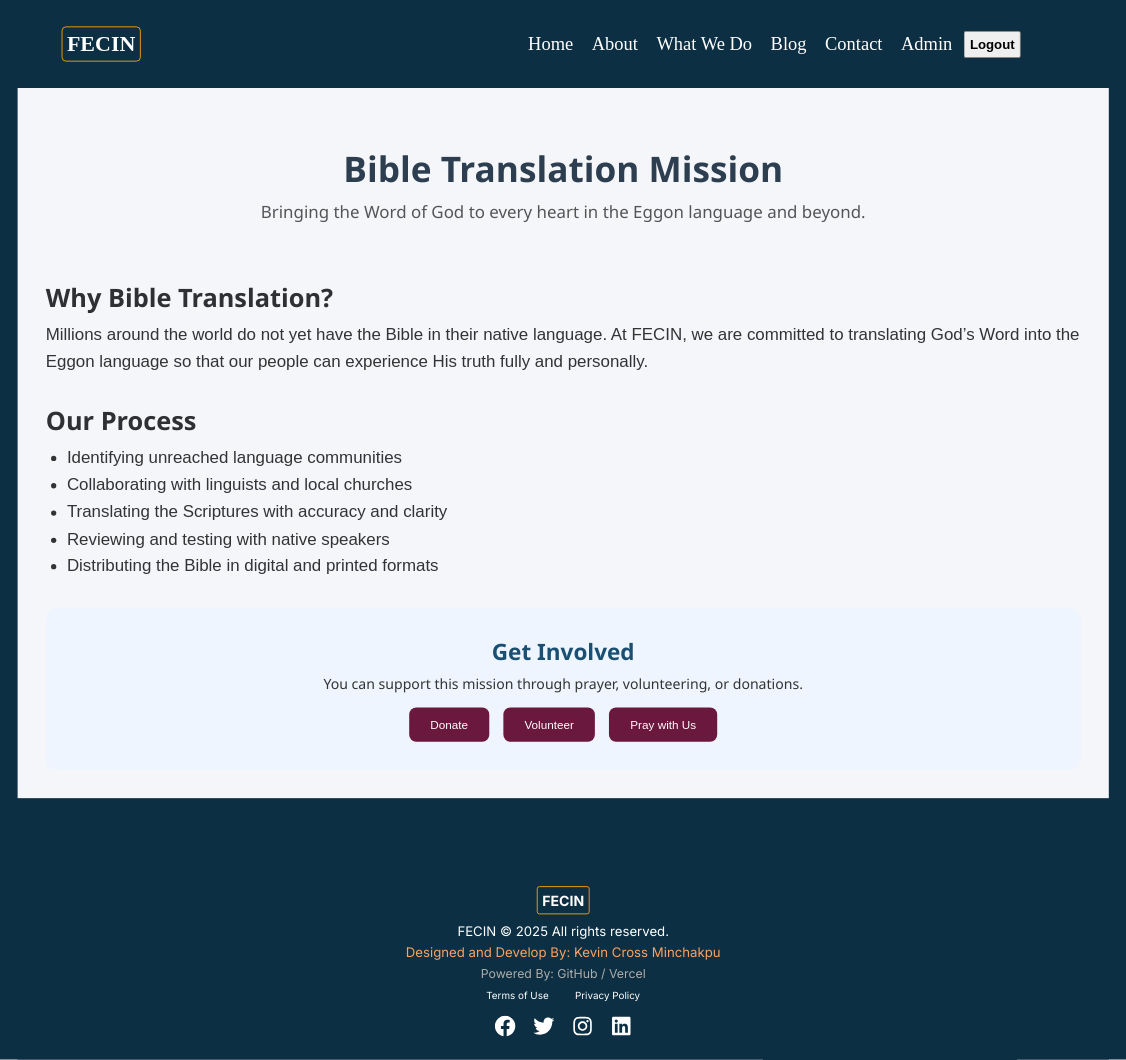
Repository: KCMinchakpu/fecin-projectgs497
Page: /bible-translation
These files come from the project's save history. The page is drawn as it stood at one moment and after the next save; the edit follows.
The browser window is 1280 px wide. The pictures show the whole page, at 88% of full size.
The project was rebuilt for these pictures with package versions that can differ from the ones it lists, and the page was loaded fresh each time. The framework's server and built-in components were replaced by stand-ins that run in the browser. Also part of the build but not shown: next.config.mjs.

Above is the page before, as saved 2025-04-06 13:59:01.

### src/app/layout.js
import {Inter} from "next/font/google";
import "./globals.css";
import Navbar from "@/components/navbar/Navbar";
import Footer from "@/components/footer/Footer";

const inter = Inter({ subsets: ["latin"]});

export const metadata = {
  title: "FECIN Bible Translation Project",
  description: "This is the official FECIN Bible Translation Project",
};

export default function RootLayout({ children }) {
  return (
    <html lang="en">
      <body className={inter.className}>
        <div className="container">
        <Navbar />
        {children}
        <Footer />
        </div>
      </body>
    </html>
  );
}

### src/app/bible-translation/page.jsx
// app/bible-translation/page.tsx

import styles from './BibleTranslation.module.css';
import Link from 'next/link';

const BibleTranslationPage = () => {
  return (
    <div className={styles.container}>
      <section className={styles.hero}>
        <h1>Bible Translation Mission</h1>
        <p>Bringing the Word of God to every heart in the Eggon language and beyond.</p>
      </section>

      <section className={styles.content}>
        <h2>Why Bible Translation?</h2>
        <p>
          Millions around the world do not yet have the Bible in their native language. At FECIN, we are
          committed to translating God’s Word into the Eggon language so that our people can experience His truth
          fully and personally.
        </p>
      </section>

      <section className={styles.content}>
        <h2>Our Process</h2>
        <ul>
          <li>Identifying unreached language communities</li>
          <li>Collaborating with linguists and local churches</li>
          <li>Translating the Scriptures with accuracy and clarity</li>
          <li>Reviewing and testing with native speakers</li>
          <li>Distributing the Bible in digital and printed formats</li>
        </ul>
      </section>

      <section className={styles.cta}>
        <h2>Get Involved</h2>
        <p>You can support this mission through prayer, volunteering, or donations.</p>
        <div className={styles.buttons}>
          <Link href="/donate"><button>Donate</button></Link>
          <Link href="/volunteer"><button>Volunteer</button></Link>
          <Link href="/prayer-requests"><button>Pray with Us</button></Link>
        </div>
      </section>
    </div>
  );
};

export default BibleTranslationPage;

### src/app/globals.css
:root {
    --bg: #0c2f43;
    --text: white;
    --bgSoft: #091f2c;
    --textSoft: rgb(237, 232, 232);
    --btn: #de3c21;
    --bgWhite: white;
    --textGray: #444444;
}

/* Box sizing rules */
* {
    box-sizing: border-box;
    margin:0;
    padding: 0;
  }

/* Set core body defaults */
body {
    background-color: var(--bgWhite);
    color: var(--text);
  }

a {
    color: inherit;
    text-decoration: none;
}

.container {
  background-color: var(--bg);
  width: 100%; /* Default for small screens */
  margin: auto;
  padding-left: 20px;
  padding-right: 20px;
  min-height: 120vh;
  display: flex;
  flex-direction: column;
  justify-content: space-between;
}

### src/components/navbar/Navbar.jsx
import React from 'react';
import Link from 'next/link';
import Links from "./links/Links";
import styles from "./navbar.module.css";

const Navbar = () => {
  return (
    <div className={styles.container}>
      <Link href="/" className={styles.logo}>FECIN</Link>
      <div>
        <Links />
      </div>
    </div>
  );
};

export default Navbar;

### src/components/footer/Footer.jsx
import React from 'react';
import styles from './footer.module.css';
import { FaFacebook, FaTwitter, FaInstagram, FaLinkedin } from 'react-icons/fa';

const Footer = () => {
  return (
    <div className={styles.container}>
      <div className={styles.logo}>
        {/* You can add a logo image here if needed */}
        <h2>FECIN</h2>
      </div>
      <div>
        <p className={styles.text}>FECIN © 2025 All rights reserved.</p>
        <p className={styles.author}>
          <a href="https://www.linkedin.com/in/kevin-cross-minchakpu-7897379a" target="_blank">Designed and Develop By: Kevin Cross Minchakpu</a>
          </p>
        <p className={styles.company}>
          <a href="https://octatesystems.github.io/OSNigeria/">Powered By: GitHub / Vercel</a>
          </p>
      </div>
      <div className={styles.links}>
        <a href="/terms" className={styles.link}>Terms of Use</a>
        <a href="/privacy" className={styles.link}>Privacy Policy</a>
      </div>
      <div className={styles.socialIcons}>
        <a href="https://facebook.com" target="_blank" rel="noopener noreferrer" className={styles.icon}>
          <FaFacebook />
        </a>
        <a href="https://twitter.com" target="_blank" rel="noopener noreferrer" className={styles.icon}>
          <FaTwitter />
        </a>
        <a href="https://instagram.com" target="_blank" rel="noopener noreferrer" className={styles.icon}>
          <FaInstagram />
        </a>
        <a href="https://linkedin.com" target="_blank" rel="noopener noreferrer" className={styles.icon}>
          <FaLinkedin />
        </a>
      </div>
    </div>
  );
};

export default Footer;

### src/app/bible-translation/BibleTranslation.module.css
.container {
    padding: 2rem;
    font-family: 'Segoe UI', Tahoma, Geneva, Verdana, sans-serif;
    background-color: #f4f6fa;
    margin-bottom: 80px;
  }

  .hero {

    padding: 2rem;
    border-radius: 12px;
    text-align: center;
    margin-bottom: 2rem;
  }

  .hero h1 {
    font-size: 2.5rem;
    margin-bottom: 0.5rem;
    color: #2c3e50;
  }

  .hero p {
    font-size: 1.2rem;
    color: #555;
  }

  .content {
    margin-bottom: 2rem;
  }

  .content h2 {
    font-size: 1.8rem;
    color: #2e3032;
    margin-bottom: 0.5rem;
  }

  .content p, .content ul {
    font-size: 1.2rem;
    line-height: 1.6;
    color: #333;
    font-family: Arial, Helvetica, sans-serif;
  }

  .content ul {
    padding-left: 1.5rem;
  }

  .cta {
    background-color: #eef5ff;
    padding: 2rem;
    border-radius: 12px;
    text-align: center;
  }

  .cta h2 {
    color: #1b4f72;
    font-size: 1.6rem;
    margin-bottom: 0.5rem;
  }

  .cta p {
    color: #333;
    margin-bottom: 1rem;
  }

  .buttons {
    display: flex;
    gap: 1rem;
    justify-content: center;
    flex-wrap: wrap;
  }

  .buttons button {
    background-color: #6a183e;
    color: white;
    padding: 0.75rem 1.5rem;
    border: none;
    border-radius: 8px;
    cursor: pointer;
    transition: background-color 0.3s;
  }

  .buttons button:hover {
    background-color: #21618c;
  }

### src/components/navbar/links/Links.jsx
"use client"

import React from "react";
import {useState} from  "react";
import Image from 'next/image';
import NavLink from "../navLink/NavLink";
import styles from "./links.module.css";


const links = [
  { title: "Home", path: "/" },
  { title: "About", path: "/about" },
  { title: "What We Do", path: "/whatwedo" },
  { title: "Blog", path: "/blog" },
  { title: "Contact", path: "/contact" },
];

const Links = () => {
  const [open,setOpen] = useState(false)

  //Temporary
  const session = true
  const isAdmin = true

  return (
    <div className={styles.container}>
    <div className={styles.links}>
      {links.map((link) => (
        <NavLink item={link} key={link.title} />
      ))}
      {session ? (
          <>
          {isAdmin && <NavLink item={{title: "Admin", path: "/admin"}} />}
         <button className={styles.logout}>Logout</button>
         </>
        ) : (
          <NavLink item={{title: "Login", path: "/login"}} />
        )
      }
      </div>
      <Image
      className={styles.menuButton}
      src="/menu.png"
      alt="Hamburger menu"
      width={30}
      height={30} onClick={() => setOpen((prev) => !prev)}
      />

      {open && ( <div className={styles.mobileLinks}>
          {links.map((link) => (
        <NavLink item={link} key={link.title} />
      ))}
    </div>
)}
</div>
  );
};

export default Links;

### src/components/navbar/navbar.module.css
.container {
    height: 100px;
    display: flex;
    align-items: center;
    justify-content: space-between;
}

.logo {
    font-size: 25px;
    font-weight: bold;
    font-family: "Play", serif;
    font-weight: 700;
    font-style: normal;
    border: 1.5px solid orange;
    padding: 5px;
    border-radius: 5px;
    margin-left: 50px;
}

### src/components/footer/footer.module.css
/* Footer Container */
.container {
    background-color: var(--bg);
    color: white;
    display: flex;
    flex-direction: column;
    align-items: center;
    justify-content: space-between;
    padding: 20px;
    text-align: center;
  }

  .logo h2 {
    font-size: 1rem;
    margin-bottom: 10px;
    border: 1px solid orange;
    padding: 5px;
    border-radius: 3px;
  }

  .text {
    margin-bottom: 5px;
    font-size: 15px;

  }
  .author {
    margin-bottom: 5px;
    font-size: 15px;
    color: rgb(250, 162, 99);
  }

  .company {
    margin-bottom: 5px;
    font-size: 14px;
    color: rgb(174, 172, 170);
  }

  .author:hover {
    text-decoration: underline;
  }

  .company:hover {
    text-decoration: underline;
  }

  .links {
    margin-bottom: 15px;
  }

  .link {
    color: white;
    margin: 0 15px;
    text-decoration: none;
    font-size: 0.7rem;
  }

  .link:hover {
    text-decoration: underline;
  }

  .socialIcons {
    display: flex;
    justify-content: center;
    gap: 20px;
  }

  .icon {
    font-size: 1.5rem;
    color: white;
    transition: color 0.3s ease;
  }

  .icon:hover {
    color: #0070f3;
  }


  @media (min-width: 768px) {
    .container {
      flex-direction: column;
      align-items: center;
      justify-content: space-around;
    }
  }

### src/components/navbar/navLink/navLink.jsx
"use client";

import React from "react";
import Link from "next/link";
import { usePathname } from "next/navigation";
import styles from "./navLink.module.css";

const NavLink = ({ item }) => {
  const pathName = usePathname();
  return (
    <Link
      href={item.path}
      className={`${styles.container} ${
        pathName === item.path ? styles.active : ""
      }`}
    >
      {item.title}
    </Link>
  );
};

export default NavLink;

### src/components/navbar/links/links.module.css
.links {
    display: flex;
    align-items: center;
    gap: 5px;
    font-family: "Play", serif;
    font-style: normal;
    margin-right: 100px;
    font-size: 21px;
}

.logout {
    padding: 5px;
    cursor: pointer;
    font-weight: bold;
    font-size: 15px;
}

.menuButton,
.mobileLinks {
   display: none;
  }

  @media (max-width: 480px){
    .links {
        display: none;
    }

    .menuButton {
        display: block;
        cursor: pointer;
      }

    .mobileLinks {
        position: absolute;
        top: 100px;
        right: 0;
        width: 50%;
        height: calc(100vh-100px);
        /*background-color: var(--bg);*/
       background-color: brown;
        display: flex;
        flex-direction: column;
        align-items: center;
        justify-content: center;
        gap: 10px;
      }
  }

### src/components/navbar/navLink/navLink.module.css
.container {
    padding: 8px;
    text-align: center;


}

.active {
    background-color: var(--text);
    color: var(--btn);
}

Loaded but not shown: src/app/admin/users/[userId]/role/route.js (no copy from this time; the picture is the same without it)

After the next save:
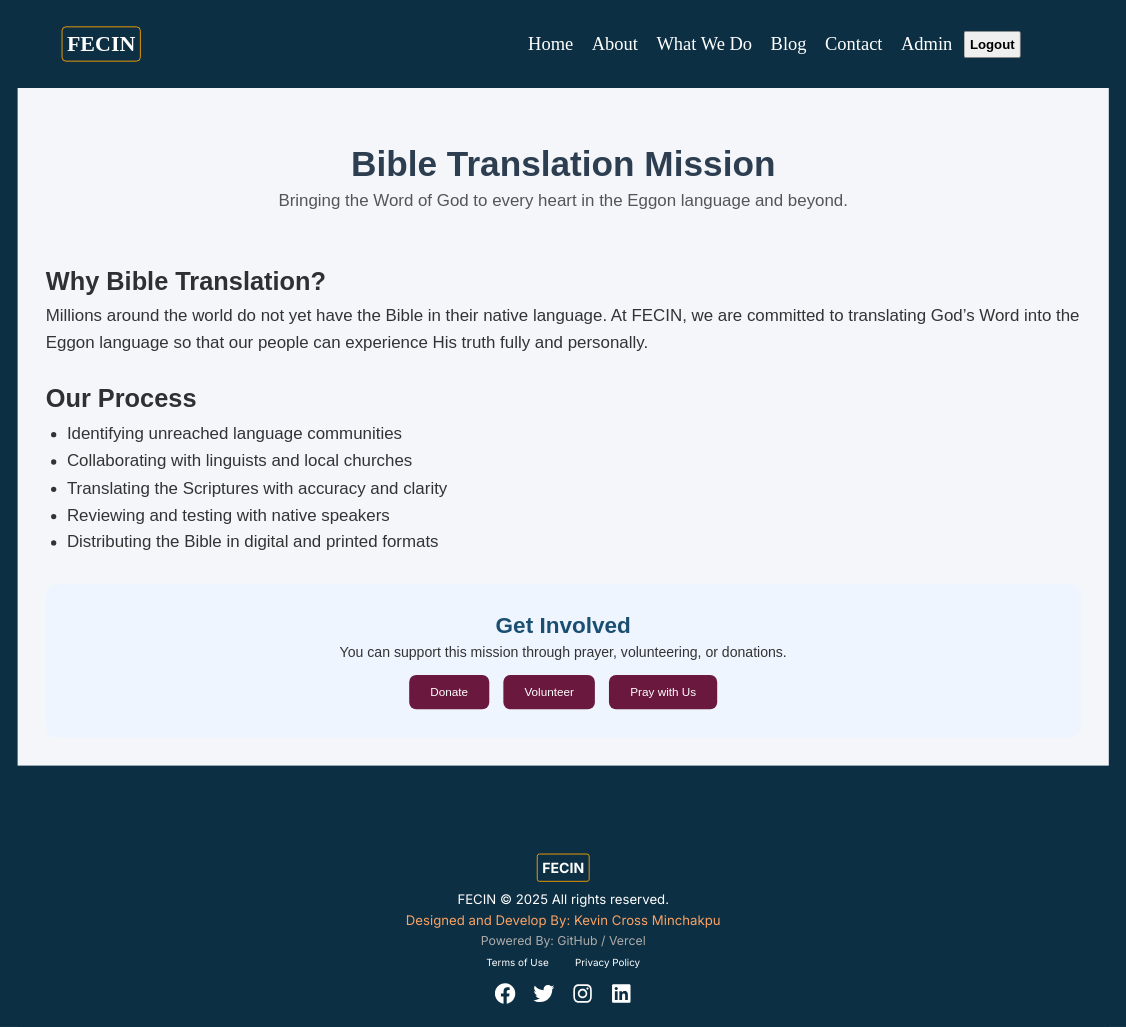
Saved 65 s later.
--- a/src/app/bible-translation/BibleTranslation.module.css
+++ b/src/app/bible-translation/BibleTranslation.module.css
@@ -1,6 +1,6 @@
 .container {
     padding: 2rem;
-    font-family: 'Segoe UI', Tahoma, Geneva, Verdana, sans-serif;
+    font-family:Arial, Helvetica, sans-serif;
     background-color: #f4f6fa;
     margin-bottom: 80px;
   }
